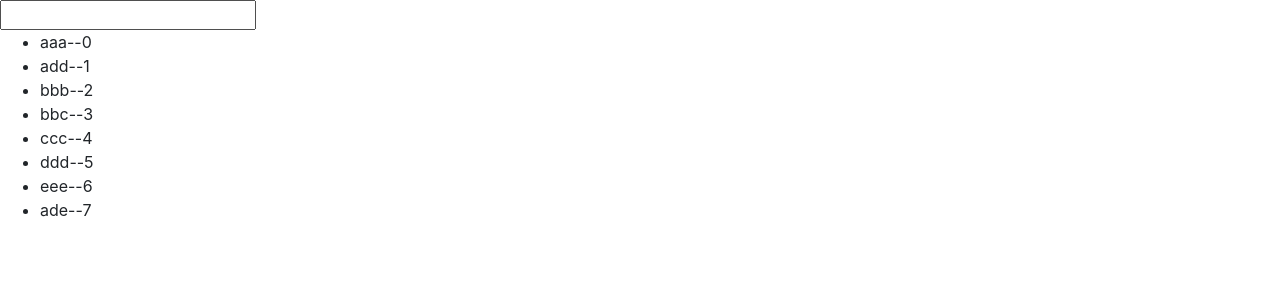
Repository: zenghao518518/Vue
Page: 4-列表渲染/02-过滤应用.html
The author's editor kept a copy of each file at every save. The page is drawn from the files as they stood at one save, then again after the next save.
The browser window is 1280 px wide. The pictures show the whole page.

Above is the page before, as saved 2023-08-15 15:13:31.

After the next save:
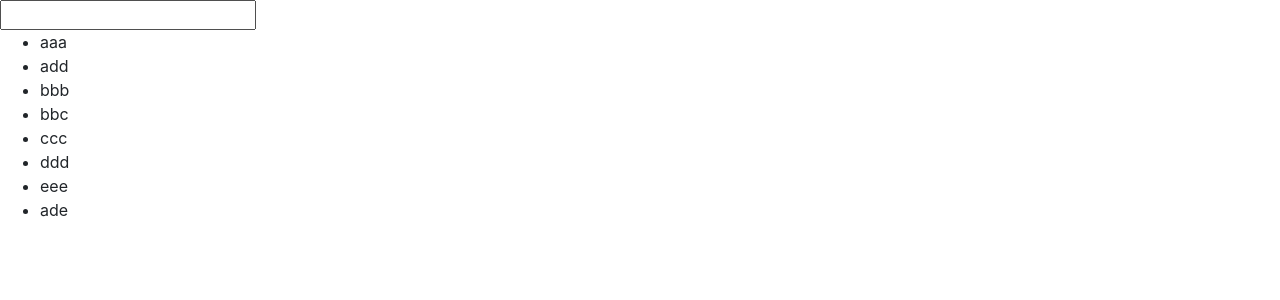
Saved 4 min 40 s later.
--- a/4-列表渲染/02-过滤应用.html
+++ b/4-列表渲染/02-过滤应用.html
@@ -16,7 +16,7 @@
     <div id="box">
       <input type="text"/>
       <ul>
-        <li v-for="(item,index) of datalist">{{item}}--{{index}}</li>
+        <li v-for="data of datalist" :key="data">{{data}}</li>
      </ul>
     </div>
 
